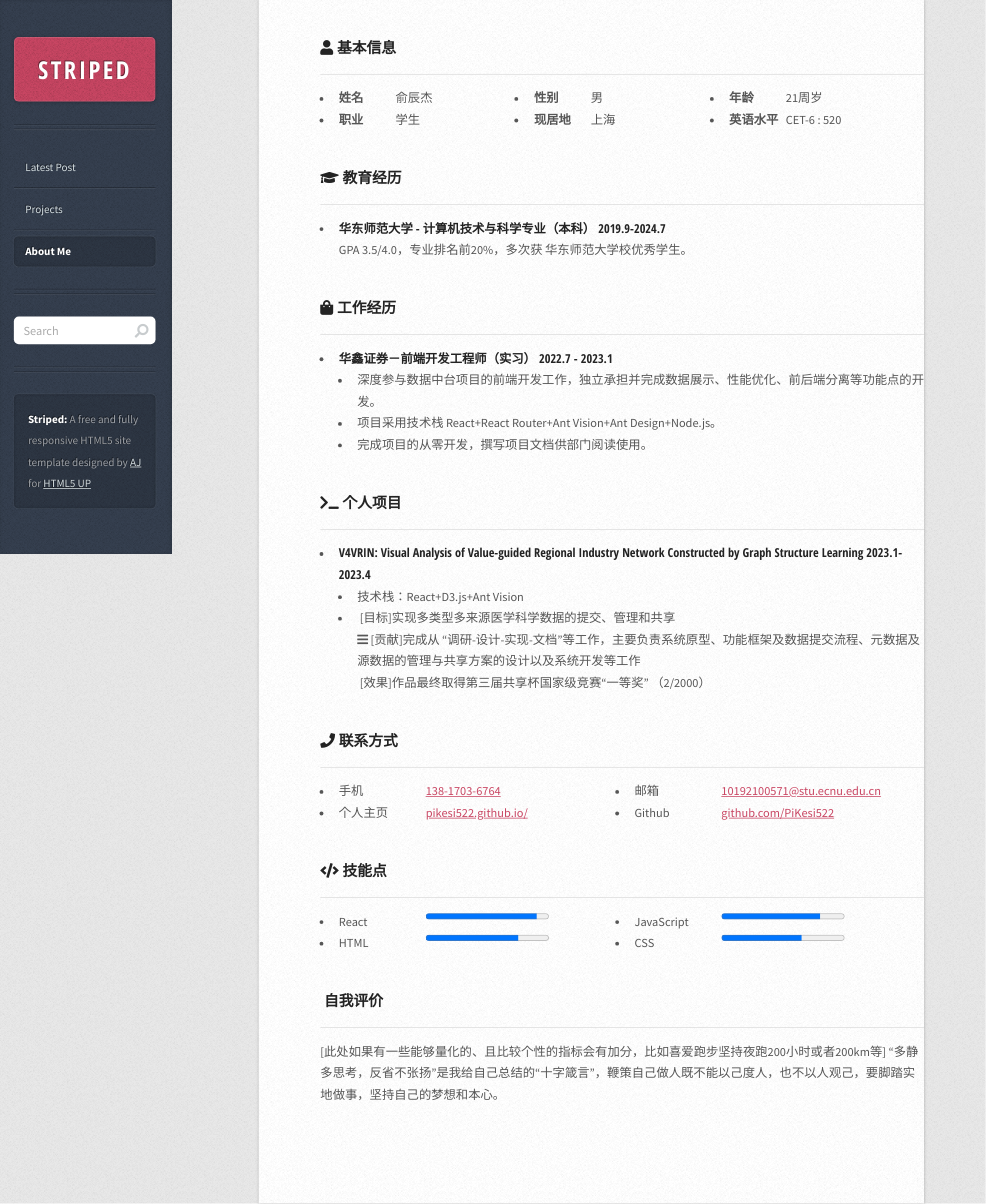
Repository: PiKesi522/PiKesi522.github.io
Page: about.html
These files come from the project's save history. The page is drawn as it stood at one moment and after the next save; the edit follows.
The browser window is 1280 px wide. The pictures show the whole page, at 77% of full size.

Above is the page before, as saved 2023-04-10 19:13:26.

### about.html
<!DOCTYPE HTML>
<!--
	Striped by HTML5 UP
	html5up.net | @ajlkn
	Free for personal and commercial use under the CCA 3.0 license (html5up.net/license)
-->
<html>

<head>
    <title>Striped by HTML5 UP</title>
    <meta charset="utf-8" />
    <meta name="viewport" content="width=device-width, initial-scale=1, user-scalable=no" />
    <link rel="stylesheet" href="assets/css/main.css" />
</head>

<body class="is-preload">

    <!-- Content -->
    <div id="content">
        <div class="inner">

            <article class="container">
                <section class="side" id="side">
                    <!-- 个人肖像 -->
                    <!-- <section class="me"> -->

                    <!-- <h6 class="name" style="font-size: 30px;">PiKesi</h6> -->
                    <!-- <section class="portrait"> -->
                    <!-- 头像照片 -->
                    <!-- <img class="avatar" src="assets/images/avatar.jpg" style="padding-top: 1vh; width: 300px;" onload="loading()"> -->
                    <!-- </section> -->

                    <!-- </section> -->

                    <!-- 基本信息 -->
                    <section class="profile info-unit">
                        <h2>
                            <i class="fa fa-user" aria-hidden="true"></i> 基本信息
                        </h2>
                        <hr />
                        <ul style="display: grid;grid-template-columns:repeat(3, 33%);">
                            <li>
                                <div>
                                    <label style="font-weight: 600;">姓名</label>
                                    <span>俞辰杰</span>
                                </div>
                            </li>
                            <li>
                                <div>
                                    <label style="font-weight: 600;">性别</label>
                                    <span>男</span>
                                </div>
                            </li>
                            <li>
                                <div>
                                    <label style="font-weight: 600;">年龄</label>
                                    <span>21周岁</span>
                                </div>
                            </li>
                            <li>
                                <div>
                                    <label style="font-weight: 600;">职业</label>
                                    <span>学生</span>
                                </div>
                            </li>
                            <li>
                                <div>
                                    <label style="font-weight: 600;">现居地</label>
                                    <span>上海</span>
                                </div>
                            </li>
                            <li>
                                <div>
                                    <label style="font-weight: 600;">英语水平</label>
                                    <span>CET-6 : 520</span>
                                </div>
                            </li>
                            <!-- <li>
                                        <label>计算机水平</label>
                                        <span>软考中级</span>
                                    </li> -->
                        </ul>
                    </section>


                    <!--
                    <section class="qrcode info-unit">
                        <h2><i class="fa fa-qrcode" aria-hidden="true"></i>二维码</h2>
                        <hr />
                        <img src="https://github.com/if2er/FeZaoDuKe-Collection/blob/master/ifeees.jpg?raw=true"
                            style="width: 100%;" alt="">
                    </section> -->

                    <!-- 技术栈 -->
                    <!-- <div class="stack info-unit">
                                    <h2><i class="fa fa-code" aria-hidden="true"></i>其他</h2>
                                    <hr/>
                                    <ul>
                                        <li>
                                            <label>前端</label>
                                            <span>React、jQuery、微信小程序、Bootstrap、SASS、LESS</span>
                                        </li>
                                        <li>
                                            <label>后端</label>
                                            <span>Node.js、MySQL、MongoDB、WordPress、ThinkPHP</span>
                                        </li>
                                        <li>
                                            <label>其他</label>
                                            <span>Git、SVN、Markdown</span>
                                        </li>
                                    </ul>
                                </div> -->
                </section>

                <section class="main">

                    <!-- 教育经历 -->
                    <section class="edu info-unit">
                        <h2>
                            <i class="fa fa-graduation-cap" aria-hidden="true"></i> 教育经历
                        </h2>
                        <hr />
                        <ul>
                            <!-- <li>
                                <h3>
                                    <span>华东师范大学 - 计算机技术与科学专业</span>
                                    <time>2019.9-2024.7</time>
                                </h3>
                                <p>GPA
                                    <mark>3.5/4.0</mark>，期间发表国际会议英文摘要X篇，国内核心期刊文章X篇（其中第一作者X篇），获XXX，XXX2次，XXX2次。(此处根据自身情况填写，可以突出自己的亮点，或者跟求职目标相关的内容)
                                </p>
                            </li> -->
                            <li>
                                <h3>
                                    <span>华东师范大学 - 计算机技术与科学专业（本科）</span>
                                    <time>2019.9-2024.7</time>
                                </h3>
                                <p>GPA
                                    <mark>3.5/4.0</mark>，专业排名前20%，多次获 华东师范大学校优秀学生。
                                </p>
                            </li>
                        </ul>
                    </section>

                    <!-- 工作经历 -->
                    <section class="work info-unit">
                        <h2>
                            <i class="fa fa-shopping-bag" aria-hidden="true"></i> 工作经历
                        </h2>
                        <hr />
                        <ul>
                            <li>
                                <h3>
                                    <span>华鑫证券－前端开发工程师（实习）</span>
                                    <time>2022.7 - 2023.1</time>
                                </h3>
                                <ul class="info-content">
                                    <li>深度参与数据中台项目的前端开发工作，独立承担并完成数据展示、性能优化、前后端分离等功能点的开发。
                                    </li>
                                    <li>
                                        项目采用技术栈
                                        <mark>React+React Router+Ant Vision+Ant Design+Node.js</mark>。
                                    </li>
                                    <li>完成项目的从零开发，撰写项目文档供部门阅读使用。
                                    </li>
                                </ul>
                            </li>
                            <!-- <li>
                                <h3>
                                    <span>[经历2]XX－前端开发工程师（实习）</span>
                                    <time>20XX.10 - 20XX.7</time>
                                </h3>
                                <ul class="info-content">
                                    <li>深度参与公司主线产品「XXXX」的前端开发工作，完成帖子快捷回复、
                                        <mark>全站图片懒加载</mark>、活动banner、帖子管理（使用Yii框架）等功能。项目采用技术栈phpWind+NAMP。
                                        <a href="http://itsay.tech/162/" target="_blank">
                                            <i class="fa fa-link" aria-hidden="true"></i>博客文章</a>。
                                    </li>
                                    <li>主要参与公司产品「XXXX」的前端开发工作，实现接入微博、微信、QQ等
                                        <mark>第三方账号登录</mark>等功能。项目采用技术栈WordPress+NAMP。
                                    </li>
                                    <li>活动页面的开发（七夕活动、抽奖活动以及承接外包页面）。</li>
                                    <li>论坛
                                        <mark>图片增量备份</mark>（CentOS+vsftpd+crontab）
                                        <a href="#" target="_blank">
                                            <i class="fa fa-link" aria-hidden="true"></i>博客文章</a>。
                                    </li>
                                </ul>
                            </li> -->
                        </ul>
                    </section>

                    <!-- 项目经验 -->
                    <section class="project info-unit">
                        <h2>
                            <i class="fa fa-terminal" aria-hidden="true"></i> 个人项目
                        </h2>
                        <hr />
                        <ul>
                            <li>
                                <h3>
                                    <span>V4VRIN: Visual Analysis of Value-guided Regional Industry Network Constructed by Graph Structure Learning</span>
                                    <span class="link">
                                        <!-- <a href="#" target="_blank">Demo</a> -->
                                    </span>
                                    <time>2023.1-2023.4</time>
                                </h3>
                                <ul class="info-content">
                                    <li>技术栈：React+D3.js+Ant Vision</li>
                                    <li>
                                        <i class="fa fa-paper-plane-o" aria-hidden="true"></i>
                                        [目标]实现多类型多来源医学科学数据的提交、管理和共享
                                        <br />
                                        <!-- <i class="fa fa-users" aria-hidden="true"></i>
                                        [团队]同 2 位同专业同学一起
                                        <br /> -->
                                        <i class="fa fa-bars" aria-hidden="true"></i>
                                        [贡献]完成从
                                        <mark>“调研-设计-实现-文档”</mark>等工作，主要负责系统原型、功能框架及数据提交流程、元数据及源数据的管理与共享方案的设计以及系统开发等工作
                                        <br />
                                        <i class="fa fa-thumbs-o-up" aria-hidden="true"></i>
                                        [效果]作品最终取得第三届共享杯国家级竞赛“一等奖” （2/2000）
                                    </li>
                                </ul>
                            </li>
                            <!-- <li>
                                <h3>
                                    <span>[项目2]肿瘤流行病数据可视化</span>
                                    <span class="link">
                                        <a href="#" target="_blank">Demo</a>
                                    </span>
                                    <time>201X.X-201X.X</time>
                                </h3>
                                <ul class="info-content">
                                    <li>技术栈：HTML 5+D3.js+ECharts+MySQL</li>
                                    <li>
                                        <i class="fa fa-paper-plane-o" aria-hidden="true"></i>
                                        [目标]实现常见肿瘤流行病数据多维度可视化展示、数据透视及分析
                                        <br />
                                        <i class="fa fa-users" aria-hidden="true"></i>
                                        [团队]与 1 位同学
                                        <br />
                                        <i class="fa fa-bars" aria-hidden="true"></i>
                                        [贡献]分析项目需求，清洗并整理相关数据(扩展第三方知识组织系统和 Google trends 数据)，并用
                                        <mark>D3.js</mark> 和
                                        <mark>ECharts</mark> 进行图形化展示以及实现简易自动分析 功能
                                        <br />
                                        <i class="fa fa-thumbs-o-up" aria-hidden="true"></i>
                                        [效果]作品取得第二届共享杯国家级竞赛“特等奖”(1/1500)
                                    </li>
                                </ul>
                            </li>
                            <li>
                                <h3>
                                    <span>[项目3]肿瘤流行病数据可视化</span>
                                    <span class="link">
                                        <a href="#" target="_blank">Demo</a>
                                    </span>
                                    <time>201X.X-201X.X</time>
                                </h3>
                                <ul class="info-content">
                                    <li>技术栈：HTML 5+D3.js+ECharts+MySQL</li>
                                    <li>
                                        <i class="fa fa-paper-plane-o" aria-hidden="true"></i>
                                        [目标]实现常见肿瘤流行病数据多维度可视化展示、数据透视及分析
                                        <br />
                                        <i class="fa fa-users" aria-hidden="true"></i>
                                        [团队]与 1 位同学
                                        <br />
                                        <i class="fa fa-bars" aria-hidden="true"></i>
                                        [贡献]分析项目需求，清洗并整理相关数据(扩展第三方知识组织系统和 Google trends 数据)，并用
                                        <mark>D3.js</mark> 和
                                        <mark>ECharts</mark> 进行图形化展示以及实现简易自动分析功能
                                        <br />
                                        <i class="fa fa-thumbs-o-up" aria-hidden="true"></i>
                                        [效果]作品取得第二届共享杯国家级竞赛“特等奖”(1/1500)
                                    </li>
                                </ul>
                            </li>
                            <li>
                                <h3>
                                    <span>[项目4]肿瘤流行病数据可视化</span>
                                    <span class="link">
                                        <a href="#" target="_blank">Demo</a>
                                    </span>
                                    <time>201X.X-201X.X</time>
                                </h3>
                                <ul class="info-content">
                                    <li>技术栈：HTML 5+D3.js+ECharts+MySQL</li>
                                    <li>
                                        <i class="fa fa-paper-plane-o" aria-hidden="true"></i>
                                        [目标]实现常见肿瘤流行病数据多维度可视化展示、数据透视及分析
                                        <br />
                                        <i class="fa fa-users" aria-hidden="true"></i>
                                        [团队]与 1 位
                                        <br />
                                        <i class="fa fa-bars" aria-hidden="true"></i>
                                        [贡献]分析项目需求，清洗并整理相关数据(扩展第三方知识组织系统和 Google trends 数据)，并用
                                        <mark>D3.js</mark> 和
                                        <mark>ECharts</mark> 进行图形化展示以及实现简易自动分析 功能
                                        <br />
                                        <i class="fa fa-thumbs-o-up" aria-hidden="true"></i>
                                        [效果]作品取得第二届共享杯国家级竞赛“特等奖”(1/1500)
                                    </li>
                                </ul>
                            </li> -->

                        </ul>
                    </section>

                    <!-- 联系方式 -->
                    <section class="contact info-unit">
                        <h2>
                            <i class="fa fa-phone" aria-hidden="true"></i> 联系方式
                        </h2>
                        <hr />
                        <ul style="display: grid; grid-template-columns:repeat(2, 50%);">
                            <li>
                                <div>
                                    <label>手机</label>
                                    <a href="#" target="_blank">138-1703-6764</a>
                                </div>
                            </li>
                            <li>
                                <div>
                                    <label>邮箱</label>
                                    <a href="mailto:10192100571@stu.ecnu.edu.cn"
                                        target="_blank">10192100571@stu.ecnu.edu.cn</a>
                                </div>
                            </li>
                            <li>
                                <div>
                                    <label>个人主页</label>
                                    <a href="https://pikesi522.github.io/" target="_blank">pikesi522.github.io/</a>
                                </div>
                            </li>
                            <li>
                                <div>
                                    <label>Github</label>
                                    <a href="https://github.com/PiKesi522" target="_blank">github.com/PiKesi522</a>
                                </div>
                            </li>
                        </ul>
                    </section>

                    <!-- 技能点 -->
                    <section class="skill info-unit">
                        <h2>
                            <i class="fa fa-code" aria-hidden="true"></i> 技能点
                        </h2>
                        <hr />
                        <ul style="display: grid; grid-template-columns:repeat(2, 50%);">
                            <li>
                                <div style="display: grid; grid-template-columns: 30% 70%;">
                                    <label>React</label>
                                    <div>
                                        <progress value="90" max="100"></progress>
                                    </div>
                                </div>
                            </li>
                            <li>
                                <div style="display: grid; grid-template-columns: 30% 70%;">
                                    <label>JavaScript</label>
                                    <div>
                                        <progress value="80" max="100"></progress>
                                    </div>
                                </div>
                            </li>
                            <li>
                                <div style="display: grid; grid-template-columns: 30% 70%;">
                                    <label>HTML</label>
                                    <div>
                                        <progress value="75" max="100"></progress>
                                    </div>
                                </div>
                            </li>
                            <li>
                                <div style="display: grid; grid-template-columns: 30% 70%;">
                                    <label>CSS</label>
                                    <div>
                                        <progress value="65" max="100"></progress>
                                    </div>
                                </div>
                            </li>
                        </ul>
                    </section>

                    <!-- 自我评价 -->
                    <section class="work info-unit">
                        <h2>
                            <i class="fa fa-pencil" aria-hidden="true"></i> 自我评价
                        </h2>
                        <hr />
                        <p>[此处如果有一些能够量化的、且比较个性的指标会有加分，比如喜爱跑步坚持夜跑200小时或者200km等]
                            <span
                                class="mark-txt">“多静多思考，反省不张扬”</span>是我给自己总结的“十字箴言”，鞭策自己做人既不能以己度人，也不以人观己，要脚踏实地做事，坚持自己的梦想和本心。
                        </p>
                    </section>
                </section>
            </article>

        </div>
    </div>

    <!-- Sidebar -->
    <div id="sidebar">

        <!-- Logo -->
        <h1 id="logo"><a href="#">STRIPED</a></h1>

        <!-- Nav -->
        <nav id="nav">
            <ul>
                <li><a href="index.html">Latest Post</a></li>
                <li><a href="projects.html">Projects</a></li>
                <li class="current"><a href="about.html">About Me</a></li>
                <!-- <li><a href="#">Contact Me</a></li> -->
            </ul>
        </nav>

        <!-- Search -->
        <section class="box search">
            <form method="post" action="#">
                <input type="text" class="text" name="search" placeholder="Search" />
            </form>
        </section>

        <!-- Text -->
        <section class="box text-style1">
            <div class="inner">
                <p>
                    <strong>Striped:</strong> A free and fully responsive HTML5 site
                    template designed by <a href="http://twitter.com/ajlkn">AJ</a> for <a
                        href="http://html5up.net/">HTML5 UP</a>
                </p>
            </div>
        </section>
    </div>

    <!-- Scripts -->
    <script src="assets/js/jquery.min.js"></script>
    <script src="assets/js/browser.min.js"></script>
    <script src="assets/js/breakpoints.min.js"></script>
    <script src="assets/js/util.js"></script>
    <script src="assets/js/main.js"></script>

</body>

</html>

Loaded but not shown: assets/js/jquery.min.js (library); assets/js/browser.min.js (common file); assets/js/breakpoints.min.js (common file); assets/css/fontawesome-all.min.css (library); assets/js/util.js (587 lines, source omitted); assets/css/main.css (3019 lines, source omitted); public/assets/js/main.js (no copy from this time; the picture is the same without it)

After the next save:
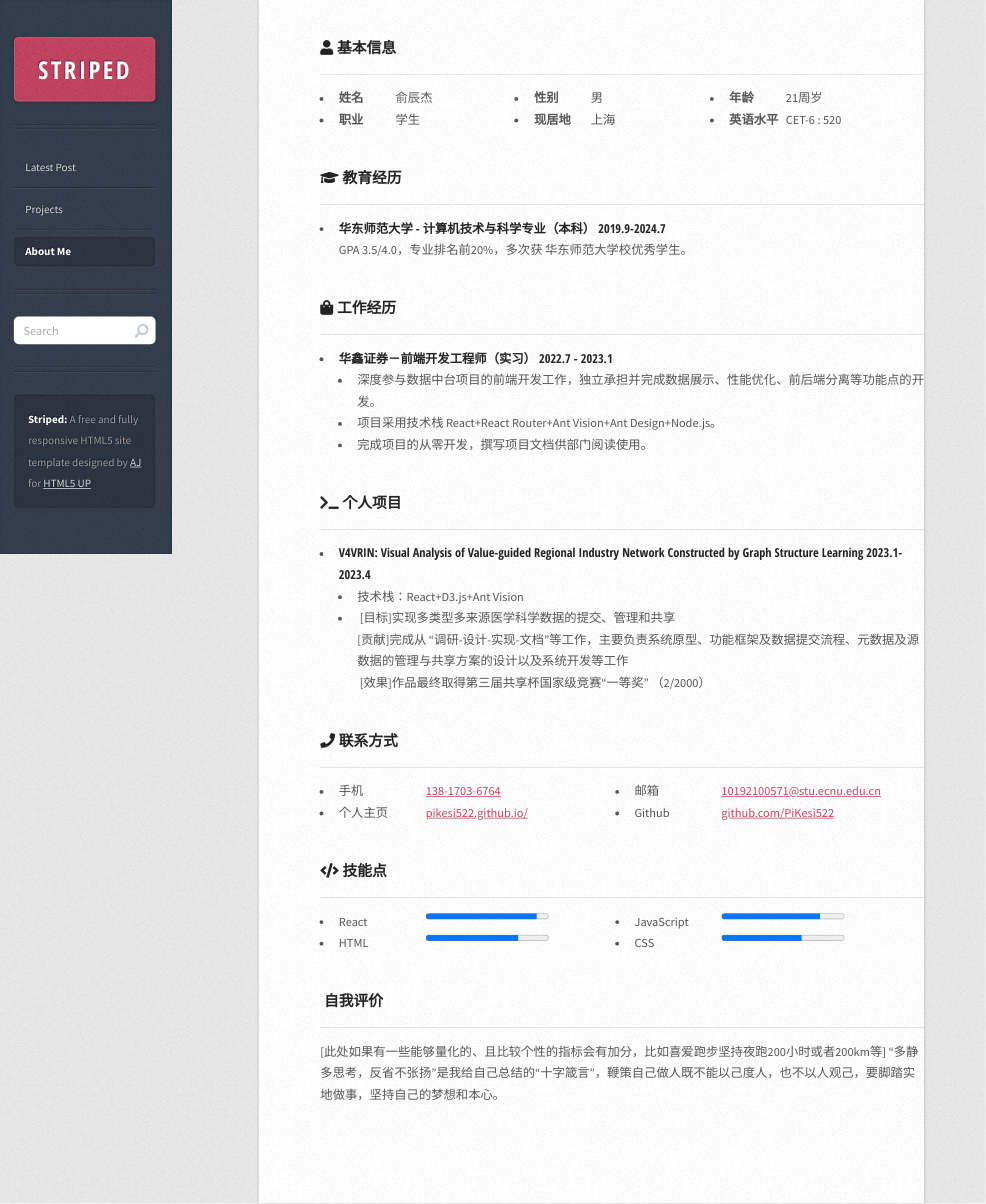
Saved 15 s later.
--- a/about.html
+++ b/about.html
@@ -214,7 +214,7 @@
                                         <!-- <i class="fa fa-users" aria-hidden="true"></i>
                                         [团队]同 2 位同专业同学一起
                                         <br /> -->
-                                        <i class="fa fa-bars" aria-hidden="true"></i>
+                                        <i class="" aria-hidden="true"></i>
                                         [贡献]完成从
                                         <mark>“调研-设计-实现-文档”</mark>等工作，主要负责系统原型、功能框架及数据提交流程、元数据及源数据的管理与共享方案的设计以及系统开发等工作
                                         <br />
